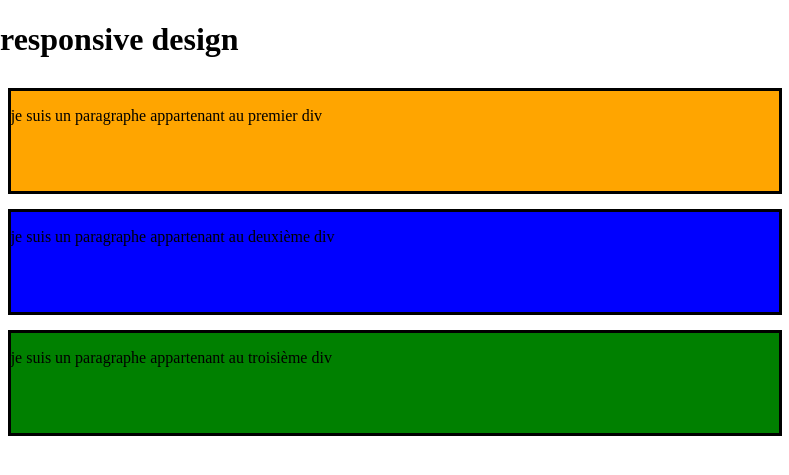
Repository: serviceshuios/Git-Aix-Web
Page: responsive-design/WebContent/index.html
The author's editor kept a copy of each file at every save. The page is drawn from the files as they stood at one save, then again after the next save.
The browser window is 768 px wide. The page is 789 px wide, then 768 px, so the pictures cover 789 px, including what lies to the right of the window. The pictures show the whole page.

Above is the page before, as saved 2018-10-26 09:00:07.

### responsive-design/WebContent/index.html
<!DOCTYPE html>
<html>
	<head>
		<meta charset="utf-8"/>
		<title>RESPONSIVE DESIGN</title>
		<meta name="viewport" content="width=device-width, initial-scale=1.0"/>
		<link rel="stylesheet" href="css/style.css"/>
	</head>
	<body>
		<h1>responsive design</h1>
		<div class="div1">
			<p>je suis un paragraphe appartenant au premier div</p>
		</div>
		<div class="div2">
			<p>je suis un paragraphe appartenant au deuxième div</p>
		</div>
		<div class="div3">
			<p>je suis un paragraphe appartenant au troisième div</p>
		</div>
		<div class="footer">
			<p>je suis un pied de page</p>
		</div>
		<script src="js/script.js"></script>
	</body>
</html>

### responsive-design/WebContent/css/style.css
@charset "utf-8";
body {
	margin:0px;
	padding:0px;
}
.div1, .div2, .div3{
	display: inline-block;
	width: 30%;
	height:100px;
	border: 3px solid black;
	margin: 1%;
}

.div1{
	background-color: orange;
}

.div2{
	background-color: blue;
}

.div3{
	background-color: green;
}
.footer {
	width: 100%;
	text-align: center;
	border: 1px solid black;
	margin-top: 20px;
	background-color: gray;
}

@media screen and (max-width: 780px){
	.div1, .div2, .div3 {
		width: 100%;
	}
	.footer {
		display:none;
	}
}

Loaded but not shown: responsive-design/WebContent/js/script.js (no stored copy; drawn as an empty file)

After the next save:
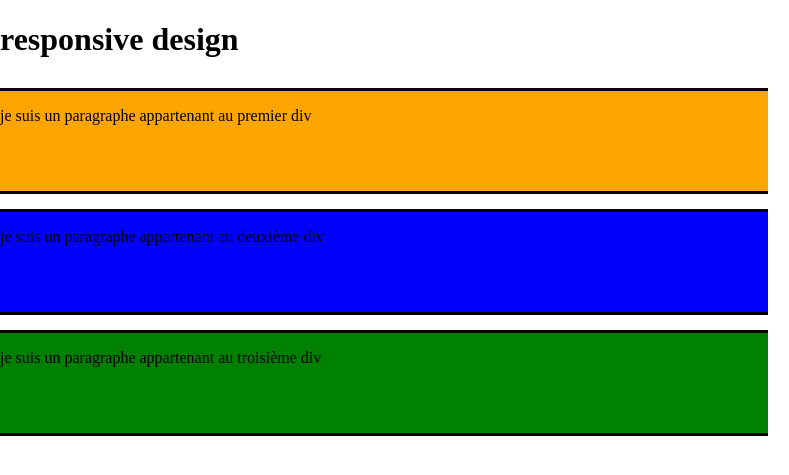
Saved 60 s later.
--- a/responsive-design/WebContent/css/style.css
+++ b/responsive-design/WebContent/css/style.css
@@ -33,6 +33,10 @@ body {
 @media screen and (max-width: 780px){
 	.div1, .div2, .div3 {
 		width: 100%;
+		border-left: none;
+		border-right: none;
+		margin-left: 0px;
+		margin-right: 0px;
 	}
 	.footer {
 		display:none;
